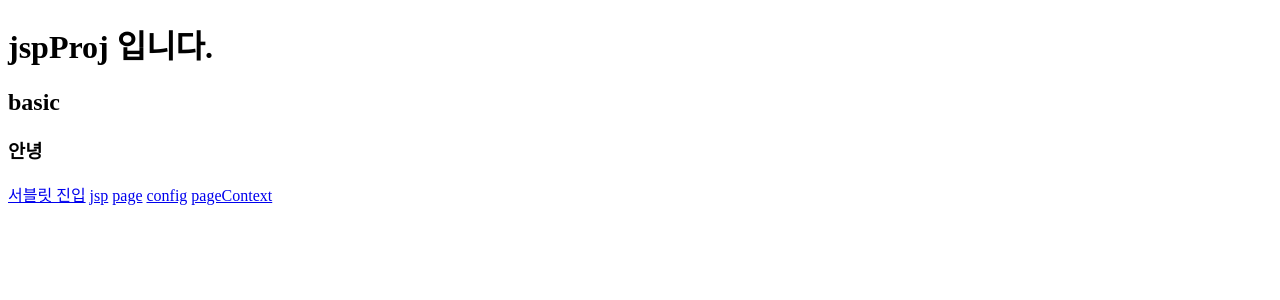
Repository: pshho/newJspProject
Page: http://localhost/JspProj/
These files come from the project's save history. The page is drawn as it stood at one moment and after the next save; the edit follows.
The browser window is 1280 px wide. The pictures show the whole page.
The page is served by Tomcat 9. Other server files are loaded and not shown.

Above is the page before, as saved 2023-07-25 11:46:10.

### JspProj/src/main/webapp/index.jsp
<%@ page language="java" contentType="text/html; charset=UTF-8"
    pageEncoding="UTF-8"%>
<!DOCTYPE html>
<html>
<head>
<meta charset="UTF-8">
<title>jspProj 입니다.</title>
</head>
<body>
	<h1>jspProj 입니다.</h1>
	<h2>basic</h2>
	<h3>안녕</h3>
	<a href="basic/First">서블릿 진입</a>
	<a href="basic/03_third.jsp">jsp</a>
	<a href="basic/04_page.jsp">page</a>
	<a href="basic/05_config.jsp">config</a>
	<a href="basic/06_pageContext.jsp">pageContext</a>
</body>
</html>

After the next save:
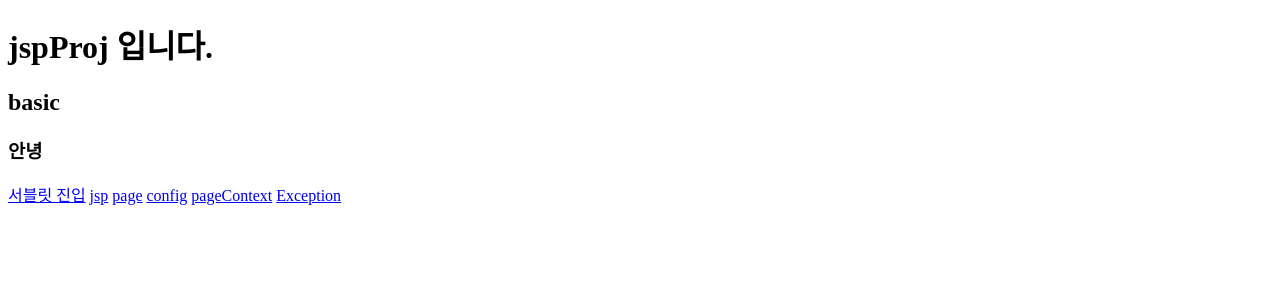
Saved 13 h 13 min later.
--- a/JspProj/src/main/webapp/index.jsp
+++ b/JspProj/src/main/webapp/index.jsp
@@ -15,5 +15,6 @@
 	<a href="basic/04_page.jsp">page</a>
 	<a href="basic/05_config.jsp">config</a>
 	<a href="basic/06_pageContext.jsp">pageContext</a>
+	<a href="err/aaa.jsp">Exception</a>
 </body>
 </html>
